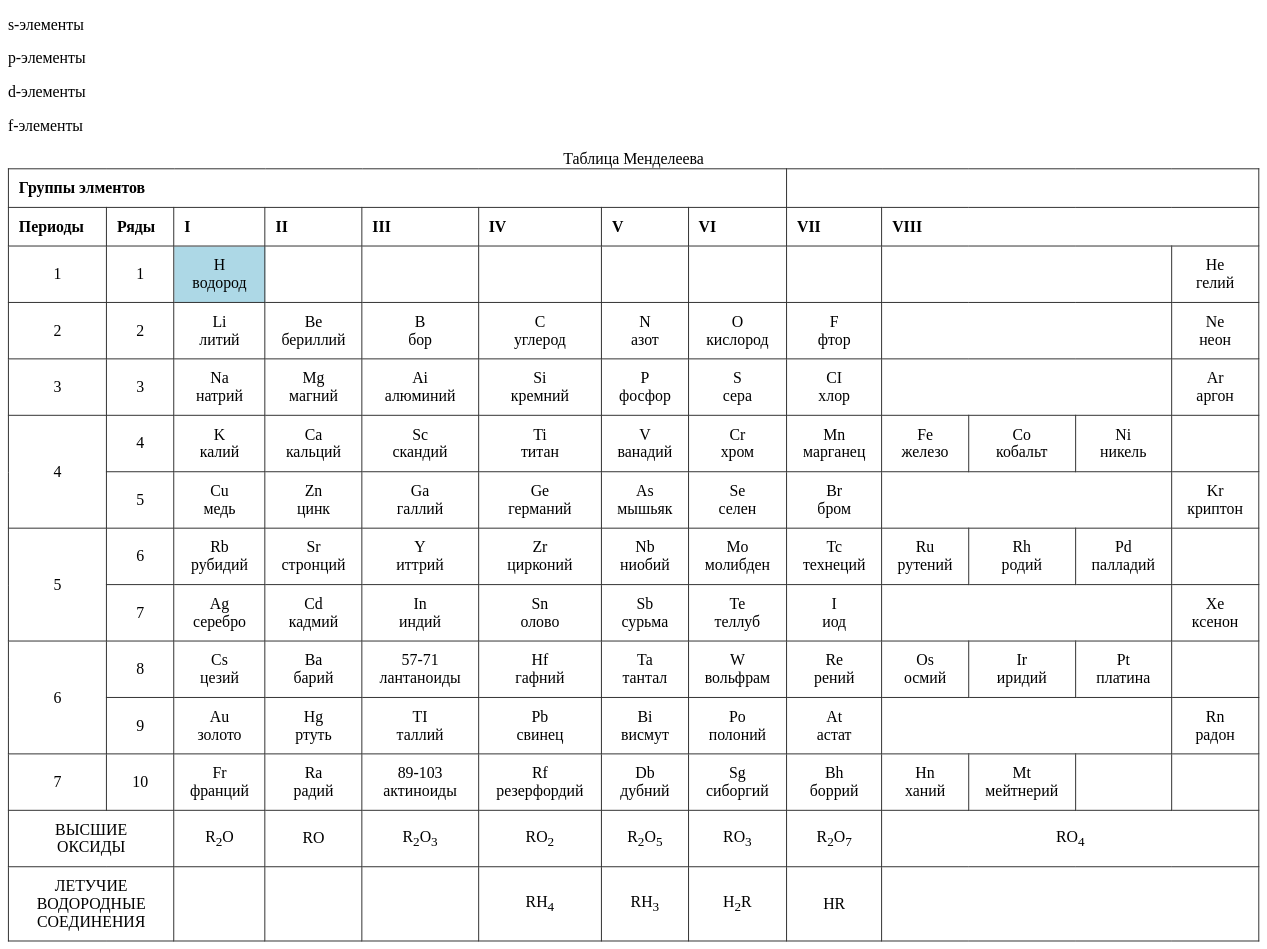
Repository: sannikovcode/exercises-a1
Page: JS/websites/01-periodic table/index.html
An editor plug-in stored every save of this project. The page is shown before and after the next save, followed by the edit.
The browser window is 1280 px wide. The pictures show the whole page, at 99% of full size.

Above is the page before, as saved 2025-10-18 14:50:38.

### JS/websites/01-periodic table/index.html
<!DOCTYPE html>
<html lang="en">

<head>
    <meta charset="UTF-8">
    <meta name="viewport" content="width=device-width, initial-scale=1.0">
    <title>Periodic table</title>
    <link rel="stylesheet" href="styles.css">
</head>

<body>
    <table>
        <caption>Таблица Менделеева</caption>
        <thead>
            <tr>
                <th colspan="8">Группы элментов</th>
            </tr>
        </thead>

        <tbody>
            <tr>
                <th scope="col">Периоды</th>
                <th scope="col">Ряды</th>
                <th scope="col">I</th>
                <th scope="col">II</th>
                <th scope="col">III</th>
                <th scope="col">IV</th>
                <th scope="col">V</th>
                <th scope="col">VI</th>
                <th scope="col">VII</th>
                <th scope="col" colspan="4">VIII</th>
            </tr>
            <tr>
                <td scope="row">1</td>
                <td>1</td>
                <td id="S">H<br>водород</td>
                <td></td>
                <td></td>
                <td></td>
                <td></td>
                <td></td>
                <td></td>
                <td colspan="3"></td>
                <td>He<br>гелий</td>

            </tr>
            <tr>
                <td scope="row">2</td>
                <td>2</td>
                <td>Li<br>литий</td>
                <td>Be<br>бериллий</td>
                <td>B<br>бор</td>
                <td>C<br>углерод</td>
                <td>N<br>азот</td>
                <td>O<br>кислород</td>
                <td>F<br>фтор</td>
                <td colspan="3"></td>
                <td>Ne<br>неон</td>
            </tr>
            <tr>
                <td scope="row">3</td>
                <td>3</td>
                <td>Na<br>натрий</td>
                <td>Mg<br>магний</td>
                <td>Ai<br>алюминий</td>
                <td>Si<br>кремний</td>
                <td>P<br>фосфор</td>
                <td>S<br>сера</td>
                <td>CI<br>хлор</td>
                <td colspan="3"></td>
                <td>Ar<br>аргон</td>

            </tr>
            <tr>
                <td scope="row" rowspan="2">4</td>
                <td>4</td>
                <td>K<br>калий</td>
                <td>Ca<br>кальций</td>
                <td>Sc<br>скандий</td>
                <td>Ti<br>титан</td>
                <td>V<br>ванадий</td>
                <td>Cr<br>хром</td>
                <td>Mn<br>марганец</td>
                <td>Fe<br>железо</td>
                <td>Co<br>кобальт</td>
                <td>Ni<br>никель</td>
                <td></td>
            </tr>
            <tr>
                <td>5</td>
                <td>Cu<br>медь</td>
                <td>Zn<br>цинк</td>
                <td>Ga<br>галлий</td>
                <td>Ge<br>германий</td>
                <td>As<br>мышьяк</td>
                <td>Se<br>селен</td>
                <td>Br<br>бром</td>
                <td colspan="3"></td>
                <td>Kr<br>криптон</td>
            <tr>
                <td scope="row" rowspan="2">5</td>
                <td>6</td>
                <td>Rb<br>рубидий</td>
                <td>Sr<br>стронций</td>
                <td>Y<br>иттрий</td>
                <td>Zr<br>цирконий</td>
                <td>Nb<br>ниобий</td>
                <td>Mo<br>молибден</td>
                <td>Tc<br>технеций</td>
                <td>Ru<br>рутений</td>
                <td>Rh<br>родий</td>
                <td>Pd<br>палладий</td>
                <td></td>
            </tr>
            <tr>
                <td>7</td>
                <td>Ag<br>серебро</td>
                <td>Cd<br>кадмий</td>
                <td>In<br>индий</td>
                <td>Sn<br>олово</td>
                <td>Sb<br>сурьма</td>
                <td>Te<br>теллуб</td>
                <td>I<br>иод</td>
                <td colspan="3"></td>
                <td>Xe<br>ксенон</td>
            </tr>
            <tr>
                <td scope="row" rowspan="2">6</td>
                <td>8</td>
                <td>Cs<br>цезий</td>
                <td>Ba<br>барий</td>
                <td>57-71<br>лантаноиды</td>
                <td>Hf<br>гафний</td>
                <td>Ta<br>тантал</td>
                <td>W<br>вольфрам</td>
                <td>Re<br>рений</td>
                <td>Os<br>осмий</td>
                <td>Ir<br>иридий</td>
                <td>Pt<br>платина</td>
                <td></td>
            </tr>
            <tr>
                <td>9</td>
                <td>Au<br>золото</td>
                <td>Hg<br>ртуть</td>
                <td>TI<br>таллий</td>
                <td>Pb<br>свинец</td>
                <td>Bi<br>висмут</td>
                <td>Po<br>полоний</td>
                <td>At<br>астат</td>
                <td colspan="3"></td>
                <td>Rn<br>радон</td>
            </tr>
            <tr>
                <td scope="row">7</td>
                <td>10<br></td>
                <td>Fr<br>франций</td>
                <td>Ra<br>радий</td>
                <td>89-103<br>актиноиды</td>
                <td>Rf<br>резерфордий</td>
                <td>Db<br>дубний</td>
                <td>Sg<br>сиборгий</td>
                <td>Bh<br>боррий</td>
                <td>Hn<br>ханий</td>
                <td>Mt<br>мейтнерий</td>
                <td></td>
                <td></td>
            </tr>
            <tr>
                <td colspan="2">ВЫСШИЕ <br>ОКСИДЫ</td>
                <td>R<sub>2</sub>O</td>
                <td>RO</td>
                <td>R<sub>2</sub>O<sub>3</sub></td>
                <td>RO<sub>2</sub></td>
                <td>R<sub>2</sub>O<sub>5</sub></td>
                <td>RO<sub>3</sub></td>
                <td>R<sub>2</sub>O<sub>7</sub></td>
                <td colspan="4">RO<sub>4</sub></td>

            </tr>
            <tr>
                <td colspan="2">ЛЕТУЧИЕ <br>ВОДОРОДНЫЕ <br> СОЕДИНЕНИЯ</td>
                <td></td>
                <td></td>
                <td></td>
                <td>RH<sub>4</sub></td>
                <td>RH<sub>3</sub></td>
                <td>H<sub>2</sub>R</td>
                <td>HR</td>
                <td colspan="4"></td>
            </tr>
        </tbody>
        <tfoot>
            <p>s-элементы</p>
            <p>p-элементы</p>
            <p>d-элементы</p>
            <p>f-элементы</p>

        </tfoot>

    </table>




</body>

</html>

### JS/websites/01-periodic table/styles.css
/* 1 */
table {
  border-collapse: collapse;
  width: 100%;
}

table, th, td {
  border: 1px solid #333;
}

th, td {
  padding: 10px;
  text-align: left;
}

/*2*/
td {
  text-align: center; /* горизонтальное центрирование */
  vertical-align: middle; /* вертикальное центрирование */
}

/* элементы */

#S {
  background-color: lightblue;
}

After the next save:
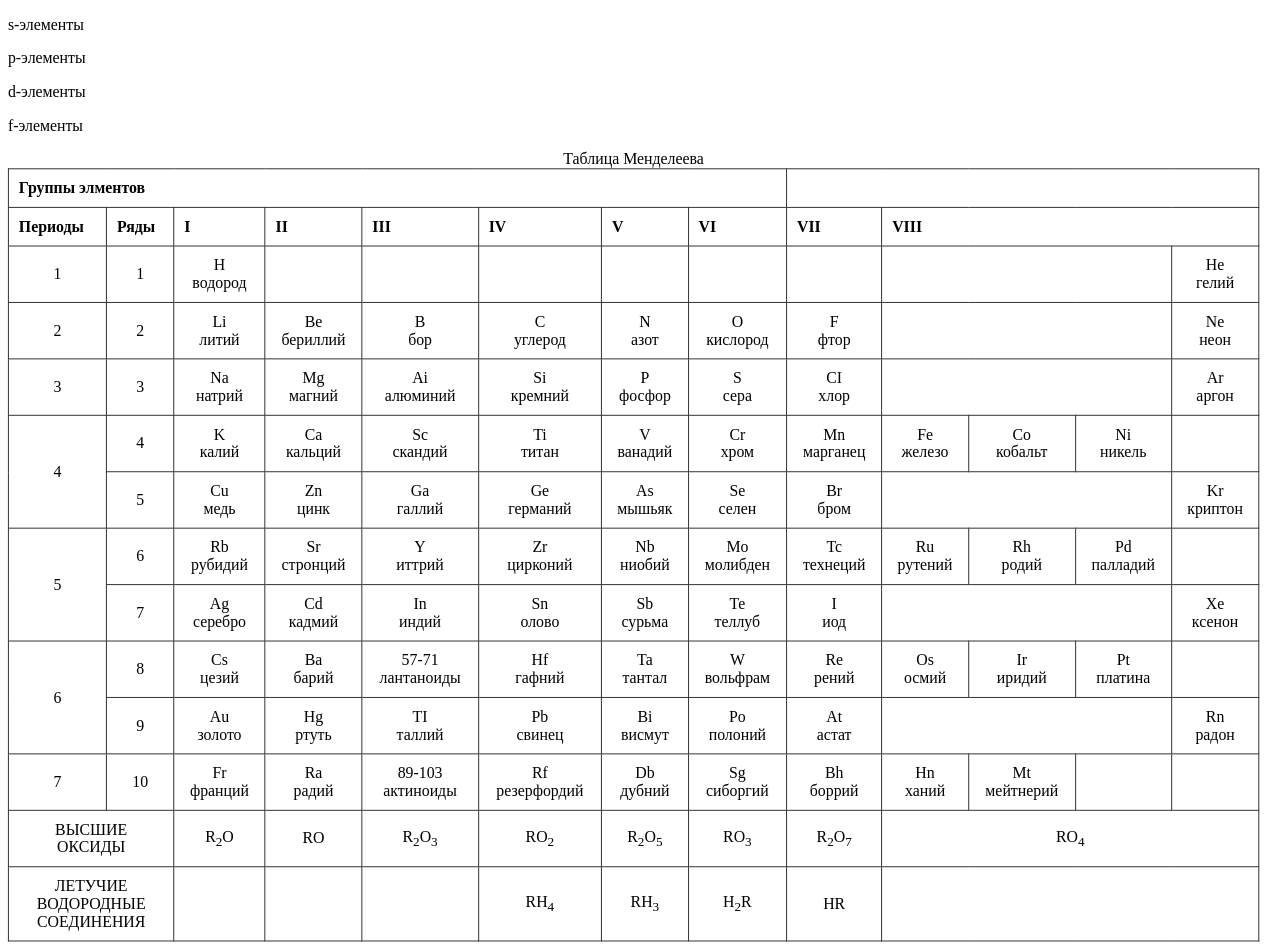
Saved 59 s later.
--- a/JS/websites/01-periodic table/styles.css
+++ b/JS/websites/01-periodic table/styles.css
@@ -21,6 +21,15 @@ td {
 
 /* элементы */
 
-#S {
+#s {
   background-color: lightblue;
 }
+#p {
+  background-color: lightblue;
+}
+#d {
+  background-color: lightblue;
+}
+#f {
+  background-color: lightblue;
+}

After the save that followed:
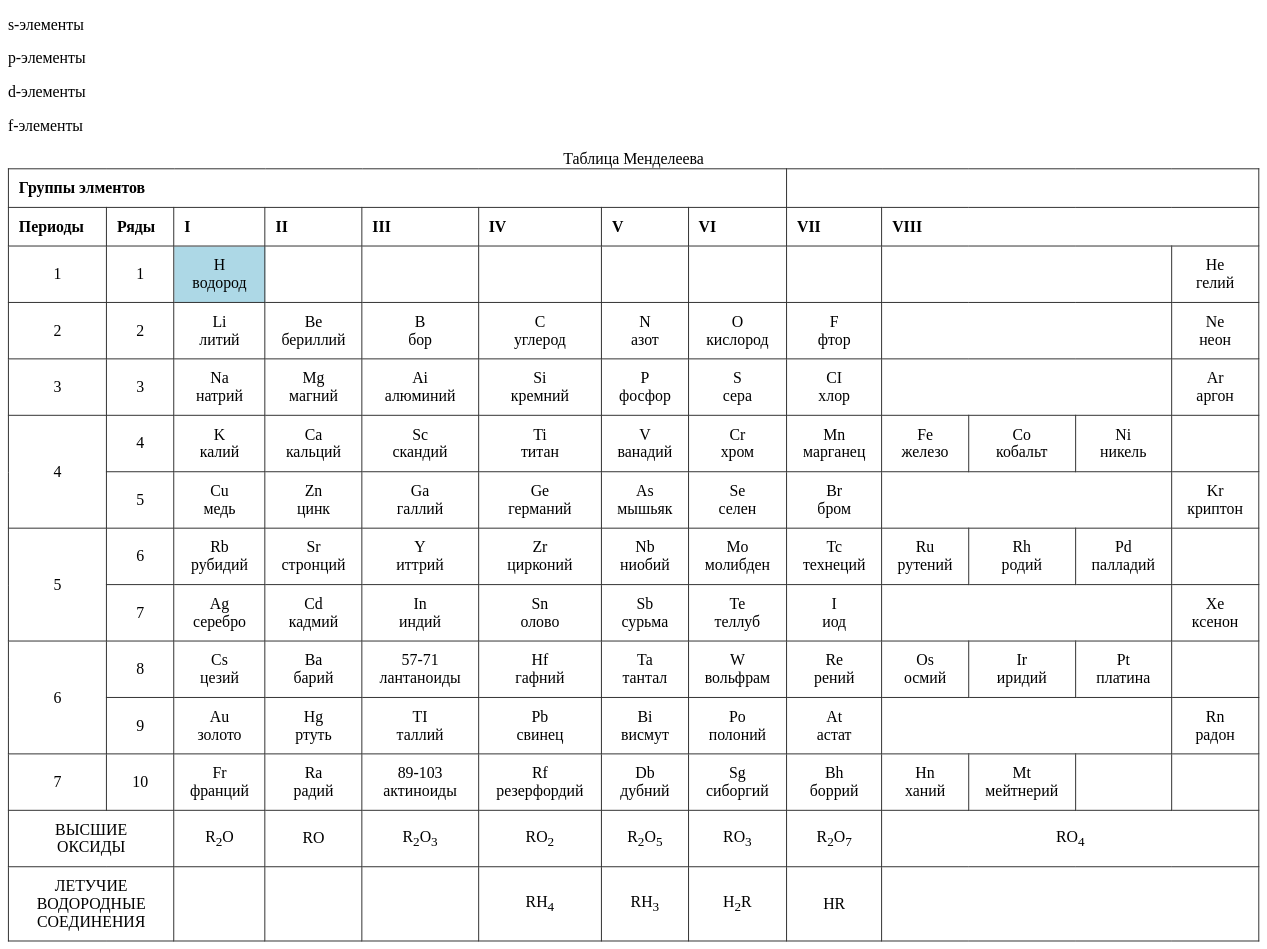
Saved 13 s later.
--- a/JS/websites/01-periodic table/index.html
+++ b/JS/websites/01-periodic table/index.html
@@ -33,7 +33,7 @@
             <tr>
                 <td scope="row">1</td>
                 <td>1</td>
-                <td id="S">H<br>водород</td>
+                <td id="s">H<br>водород</td>
                 <td></td>
                 <td></td>
                 <td></td>
